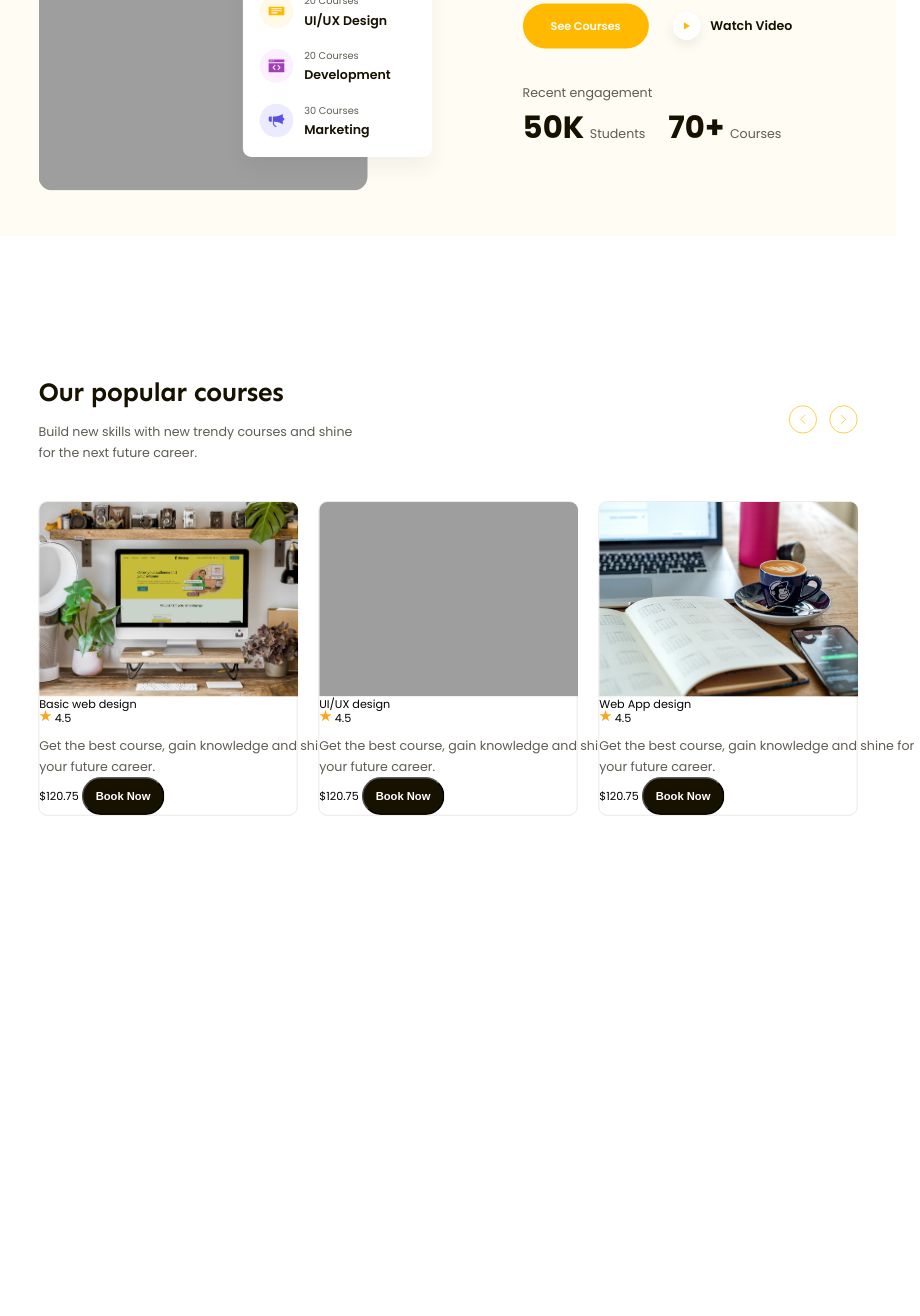
Repository: dovanlanh/f8-project-02
Page: index.html
The author's editor kept a copy of each file at every save. The page is drawn from the files as they stood at one save, then again after the next save.
The browser window is 1280 px wide. The page is 1314 px wide, so the pictures cover 1314 px, including what lies to the right of the window. The pictures show the part of the page from y = 563 to 2443 px (the page is 10000 px tall), at 70% of full size.
Pictures or frames that could not be fetched are drawn as grey boxes.

Above is the page before, as saved 2023-02-05 17:58:24.

### index.html
<!DOCTYPE html>
<html lang="en">
<head>
    <meta charset="UTF-8">
    <meta http-equiv="X-UA-Compatible" content="IE=edge">
    <meta name="viewport" content="width=device-width, initial-scale=1.0">
    <title>F8 Project 02</title>
    <!-- reset css -->
    <link rel="stylesheet" href="./assets/css/reset.css">
    <!-- embed fonts -->
    <link rel="preconnect" href="https://fonts.googleapis.com">
    <link rel="preconnect" href="https://fonts.gstatic.com" crossorigin>
    <link href="https://fonts.googleapis.com/css2?family=Poppins:ital,wght@0,400;0,500;0,600;0,700;1,400&family=Sen:wght@700&display=swap" rel="stylesheet">
    <!-- style -->
    <link rel="stylesheet" href="./assets/css/styles.css">
</head>
<body>
    <main style=" height: 10000px">
        <!-- header  -->
        <header class="header fixed">
            <div class="main-content">
                    <div class="body">
                        <!-- logo -->
                        <img src="./assets/img/Lesson.svg" alt="Lesson" class="Logo">
                        <!-- nav -->
                        <nav class="nav">
                            <ul>
                                <li class="active">
                                    <a href="#!">Home</a>
                                </li>
                                <li>
                                    <a href="#!">Courses</a>
                                </li>
                                <li>
                                    <a href="#!">Pricing</a>
                                </li>
                                <li>
                                    <a href="#!">Reviews</a>
                                </li>
                            </ul>
                        </nav>
                        <!-- active -->
                        <div class="action">
                            <a href="#!" class="btn sign-up-btn">Sign Up</a>
                        </div>
                    </div>
            </div>
        </header>
        <!-- Hero -->
        <div class="hero">
            <div class="main-content">
                <div class="body">
                    <!-- Hero left -->
                    <div class="media-block">
                        <img src="./assets/img/guy-lesson.svg" alt="" class="img">
                        <div class="hero-summary">
                            <div class="item">
                                <div class="icon">
                                    <img src="./assets/img/list-icon1.svg" alt="">
                                </div>
                                <div class="info">
                                    <p class="label">20 Courses</p>
                                    <p class="tittle">UI/UX Design</p>
                                </div>
                            </div>
                            <div class="item">
                                <div class="icon">
                                    <img src="./assets/img/list-icon2.svg" alt="">
                                </div>
                                <div class="info">
                                    <p class="label">20 Courses</p>
                                    <p class="tittle">Development</p>
                                </div>
                            </div>
                            <div class="item">
                                <div class="icon">
                                    <img src="./assets/img/list-icon3.svg" alt="">
                                </div>
                                <div class="info">
                                    <p class="label">30 Courses</p>
                                    <p class="tittle">Marketing</p>
                                </div>
                            </div>
                        </div>
                    </div>
                    <!-- hero-right -->
                    <div class="content-block">
                        <h1 class="heading lv1">Learn without limits and spread knowledge.</h1>
                        <p class="desc">
                            Build new skills for that “this is my year” feeling with courses, certificates, and degrees from world-class universities and companies.
                        </p>
                            <div class="cta-group">
                                <a href="#!" class="btn hero-cta">See Courses</a>
                                <button class="watch-video">
                                    <div class="icon">
                                        <img src="./assets/img/icon-watch-video.svg" alt="">
                                    </div>
                                    <span>Watch Video</span>
                                </button>
                            </div>
                        <p class="desc">Recent engagement</p>
                        <div class="desc stats">
                            <strong>50K</strong>Students
                            <strong>70+</strong>Courses
                        </div>
                    </div>
                </div>
            </div>
        </div>
        <!-- Popular -->
        <div class="popular">
            <div class="main-content">
                <!-- popular top -->
                <div class="popular-top">
                    <div class="info">
                        <h2 class="heading lv2">Our popular courses</h2>
                        <p class="desc">Build new skills with new trendy courses and shine for the next future career.</p>
                    </div>
                    <div class="controls">
                        <button class="control-btn">
                            <svg width="8" height="14" viewBox="0 0 8 14" fill="none" xmlns="http://www.w3.org/2000/svg">
                                <path d="M7 1L1 7L7 13" stroke="currentColor" stroke-linecap="round" stroke-linejoin="round"/>
                            </svg>
                        </button>
                        <button class="control-btn">
                            <svg width="8" height="14" viewBox="0 0 8 14" fill="none" xmlns="http://www.w3.org/2000/svg">
                                <path d="M1 1L7 7L1 13" stroke="currentColor" stroke-linecap="round" stroke-linejoin="round"/>
                            </svg>
                        </button>
                    </div>
                </div>
                <!-- popular-bottom -->
                <div class="course-list">
                    <!-- course item 1 -->
                    <div class="course-item">
                        <img src="./assets/img/img-popular/course1.jpg" alt="Basic web design" class="thumb">
                        <div class="info">
                            <div class="head">
                                <h3 class="tittle">Basic web design</h3>
                                <div class="rating">
                                    <img src="./assets/img/Star.svg" alt="star" class="star">
                                    <span class="value">4.5</span>
                                </div>
                            </div>
                            <p class="desc">Get the best course, gain knowledge and shine for your future career.</p>
                            <div class="foot">
                                <span class="price">$120.75</span>
                                <button class="btn">Book Now</button>
                            </div>
                        </div>
                    </div>
                    <!-- course item 2 -->
                    <div class="course-item">
                        <img src="./assets/img/img-popular/course2.jpg" alt="UI/UX design" class="thumb">
                        <div class="info">
                            <div class="head">
                                <h3 class="tittle">UI/UX design</h3>
                                <div class="rating">
                                    <img src="./assets/img/Star.svg" alt="star" class="star">
                                    <span class="value">4.5</span>
                                </div>
                            </div>
                            <p class="desc">Get the best course, gain knowledge and shine for your future career.</p>
                            <div class="foot">
                                <span class="price">$120.75</span>
                                <button class="btn">Book Now</button>
                            </div>
                        </div>
                    </div>
                    <!-- course item 3 -->
                    <div class="course-item">
                        <img src="./assets/img/img-popular/course3.jpg" alt="Web App design" class="thumb">
                        <div class="info">
                            <div class="head">
                                <h3 class="tittle">Web App design</h3>
                                <div class="rating">
                                    <img src="./assets/img/Star.svg" alt="star" class="star">
                                    <span class="value">4.5</span>
                                </div>
                            </div>
                            <p class="desc">Get the best course, gain knowledge and shine for your future career.</p>
                            <div class="foot">
                                <span class="price">$120.75</span>
                                <button class="btn">Book Now</button>
                            </div>
                        </div>
                    </div>
                </div>
            </div>
        </div>

    </main>
</body>
</html>

### assets/css/styles.css
* {
    box-sizing: border-box;
}
:root {
    --font-heading: sen, sans-serif;
    --primary-color:#FFB900;
}
html,
body {
    scroll-behavior: smooth;
    font-size: 62.5%;
}

html {
    font-size: 62.5%;
}

body {
    font-size: 1.6rem;
    font-family: 'Poppins', sans-serif;
}

/* common */
.heading {
    font-family: var(--font-heading);
    font-weight: 700;
    letter-spacing: -0.02em;
    color: #171100;
}
a {
    text-decoration: none;
}
.main-content {
    width: 1170px;
    max-width: calc(100% - 48px);
    margin-left: auto;
    margin-right: auto;
}
.btn {
    min-width: 118px;
    display: inline-block;
    padding: 0 16px;
    align-items: center;
    line-height: 50px;
    font-weight: 600;
    font-size: 1.6rem;
    text-align: center;
    color: #FFFFFF;
    background: #171100;
    border-radius: 999px;
}
.btn:hover {
    opacity: 0.9;
}
/* header */
.header {
    background:#FFFCF4;
}
.header.fixed {
    position: sticky;
    top: -32px;
    z-index: 1;
}
.header .body {
    display: flex;
    align-items: center;
    padding: 36px 0 8px;
}
.nav ul {
    display: flex;
}

.nav {
    margin-left: auto;
}
.nav a {
    position: relative;
    padding: 8px 21px;
    font-weight: 400;
    font-size: 1.6rem;
    color: #5F5B53;
}
.nav a:hover,
.nav li.active a {
    text-shadow: 1px 0 0 currentColor;
    color: #171100;
}
.nav li.active a::after {
    left: 21px;
    bottom: 6px;
    display: block;
    content: "";
    position: absolute;
    width: 12px;
    height: 2px;
    background: #171100;
    border-radius: 1px;
}
.header .sign-up-btn {
    min-width: 144px;
}
.header .action {
    margin-left: 49px;
}

/* hero */
.hero {
    padding: 56px 0 65px;
    background:#FFFCF4;
}
.hero .body {
    display: flex;
}
/* hero left */
.hero .media-block {
    width: 48%;
    position: relative;
}

.hero .media-block .img {
    width: 470px;
    height: 685px;
    object-fit: cover;
    border-radius: 20px;
    display: block;
}
.hero .media-block .hero-summary {
    position: absolute;
    right: 0;
    bottom: 48px;
}
.hero .hero-summary {
    width: 270px;
    padding: 24px;
    background: #FFFFFF;
    box-shadow: 0px 16px 32px rgba(0, 0, 0, 0.05);
    border-radius: 12px;
}
.hero-summary .item {
    display: flex;
    align-items: center;
}
.hero-summary .icon {
    width: 48px;
    height: 48px;
    border-radius: 50%;
    display: flex;
    align-items: center;
    justify-content: center;
    background: #FFF9E8;
}
.hero-summary .info {
    margin-left: 16px;
}
.hero-summary .label {
    font-weight: 400;
    font-size: 1.4rem;
    line-height: 1.86;
    color: #5F5B53;
}
.hero-summary .tittle {
    font-weight: 600;
    font-size: 1.8rem;
    line-height: 1.67;
    color: #171100;
}
.hero-summary .item + .item {
    margin-top: 22px;
}
.hero-summary .item:nth-of-type(2) .icon {
    background: #FCEFFF;
}
.hero-summary .item:nth-of-type(3) .icon {
    background: #EBEAFF;
}
/* hero right */
.hero .content-block {
    width: 52%;
    padding: 64px 0 0 130px;
}
.hero .content-block .heading.lv1 {
    font-size: 5.8rem;
    line-height: 1.17;
}
.content-block .desc {
    margin-top: 22px;
    font-weight: 400;
    font-size: 1.8rem;
    line-height: 1.67;
    color: #5F5B53;
}
.content-block .cta-group {
    margin: 38px 0 48px;
}
.content-block .cta-group .hero-cta{
    min-width: 180px;
    background-color: var(--primary-color);
    line-height: 64px;
}
.content-block .cta-group {
    display: flex;
    align-items: center;
}
.hero .watch-video {
    margin-left: 28px;
    display: flex;
    align-items: center;
    border: none;
    background: transparent;
    cursor: pointer;

}
.cta-group span {
    font-family: 'poppins', sans-serif;
    margin-left: 14px;
    font-weight: 600;
    font-size: 1.8rem;
    line-height: 1.67;
    color: #171100;
}
.hero .watch-video .icon {
    display: flex;
    align-items: center;
    justify-content: center;
    width: 40px;
    height: 40px;
    background: #FFFFFF;
    box-shadow: 0px 8px 16px rgba(0, 0, 0, 0.07);
    border-radius: 50%;
    cursor: pointer;
}
.hero .watch-video .icon:hover {
    background: orange;
    opacity: 0.5;
}
.hero .stats {
    margin: 8px 0 0 -28px;

}
.hero .stats strong {
    --font-heading: sen, sans-serif;
    padding: 0 8px 0 28px;
    font-weight: 700;
    font-size: 4.4rem;
    line-height: 1.23;
    color: #171100;
}
/* popular */
.popular {
    padding: 65px 0;
    margin-top: 135px;
}
.popular .heading.lv2 {
    font-size: 3.8rem;
    line-height: 1.26;
}
.popular .desc {
    margin-top: 16px;
    width: 458px;
    font-weight: 400;
    font-size: 1.8rem;
    line-height: 1.67;
    color: #5F5B53;
}
.popular .popular-top {
    display: flex;
    justify-content: space-between;
    align-items: center;
}
.popular-top .controls {
    display: flex;
    gap: 18px;
}
.popular-top .control-btn {
    display: flex;
    align-items: center;
    justify-content: center;
    width: 40px;
    height: 40px;
    color: var(--primary-color);
    border: 1px solid var(--primary-color);
    border-radius: 50%;
    background: transparent;
}
.popular-top .control-btn:hover {
    color: #fff;
    background: var(--primary-color);
    cursor: pointer;
}
/* Course list */
.popular .course-list {
    display: flex;
    gap: 30px;
    margin-top: 55px;
}
.popular .course-item {
    flex: 1;
    width: 370px;
    background: #FFFFFF;
    border: 1px solid #E2DFDA;
    border-radius: 12px;
}
.popular .course-item .thumb {
    width: calc(100% + 2px);
    height: 278px;
    margin: -px;
    object-fit: cover;
    border-radius: 12px 12px 0px 0px;
}

Loaded but not shown: assets/css/reset.css (common file)

After the next save:
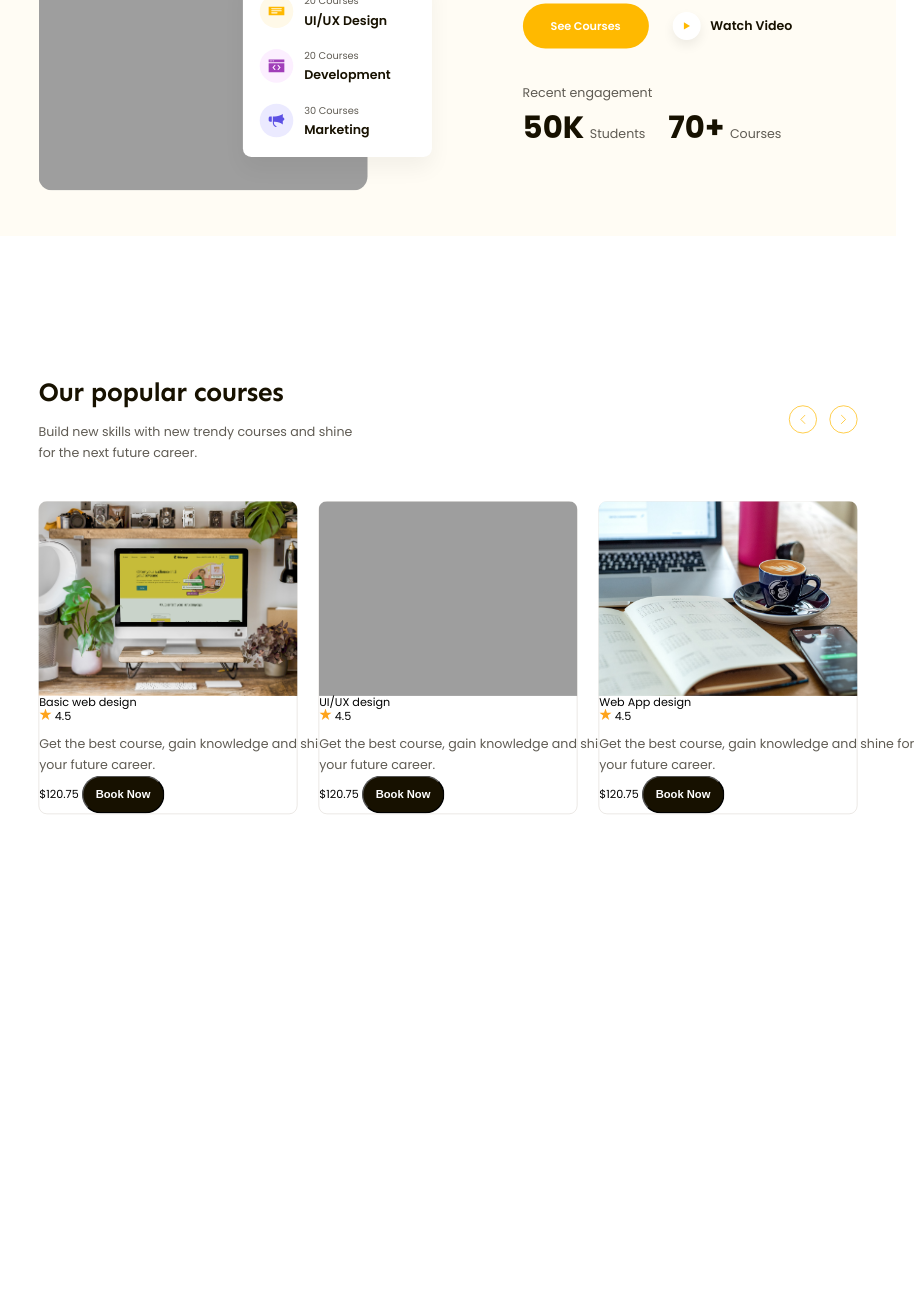
Saved 4 s later.
--- a/assets/css/styles.css
+++ b/assets/css/styles.css
@@ -303,7 +303,7 @@
 .popular .course-item .thumb {
     width: calc(100% + 2px);
     height: 278px;
-    margin: -px;
+    margin: -1px;
     object-fit: cover;
     border-radius: 12px 12px 0px 0px;
 }
